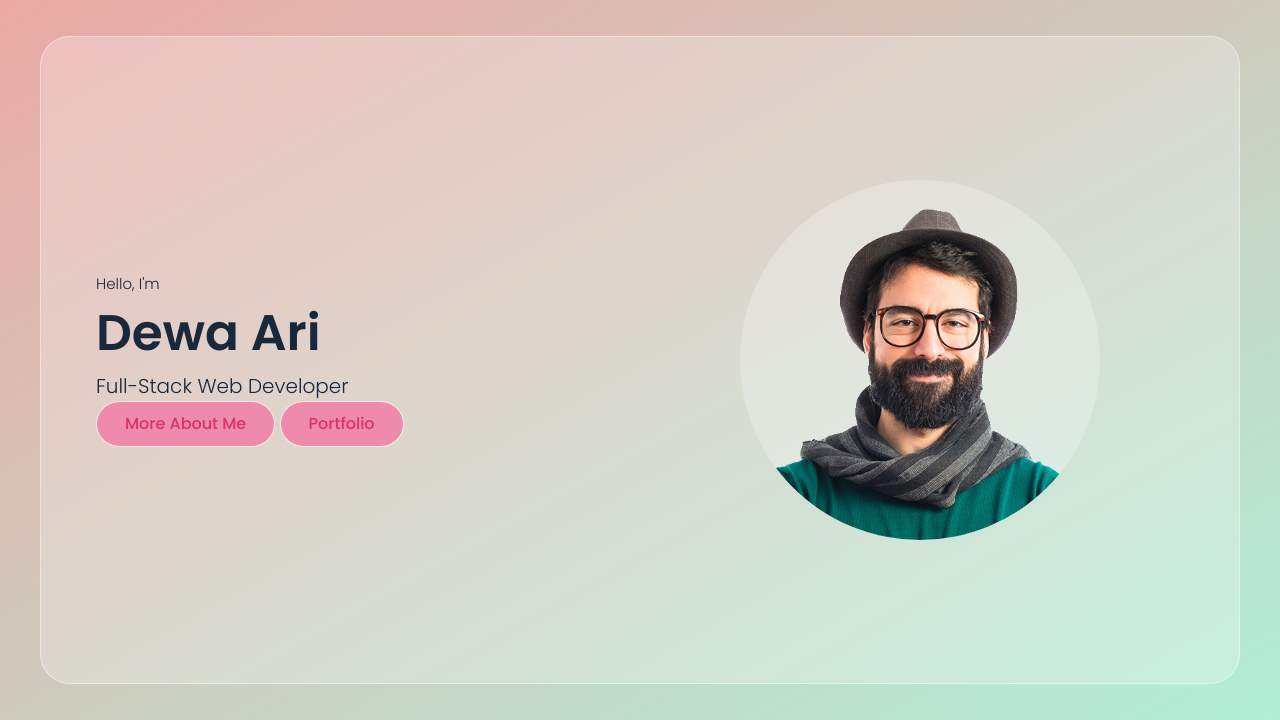
Repository: dewaary/Glassmorp-me
Page: index.html
An editor plug-in stored every save of this project. The page is shown before and after the next save, followed by the edit.
The browser window is 1280 px wide. The pictures show the whole page.

Above is the page before, as saved 2021-05-12 22:33:48.

After the next save:
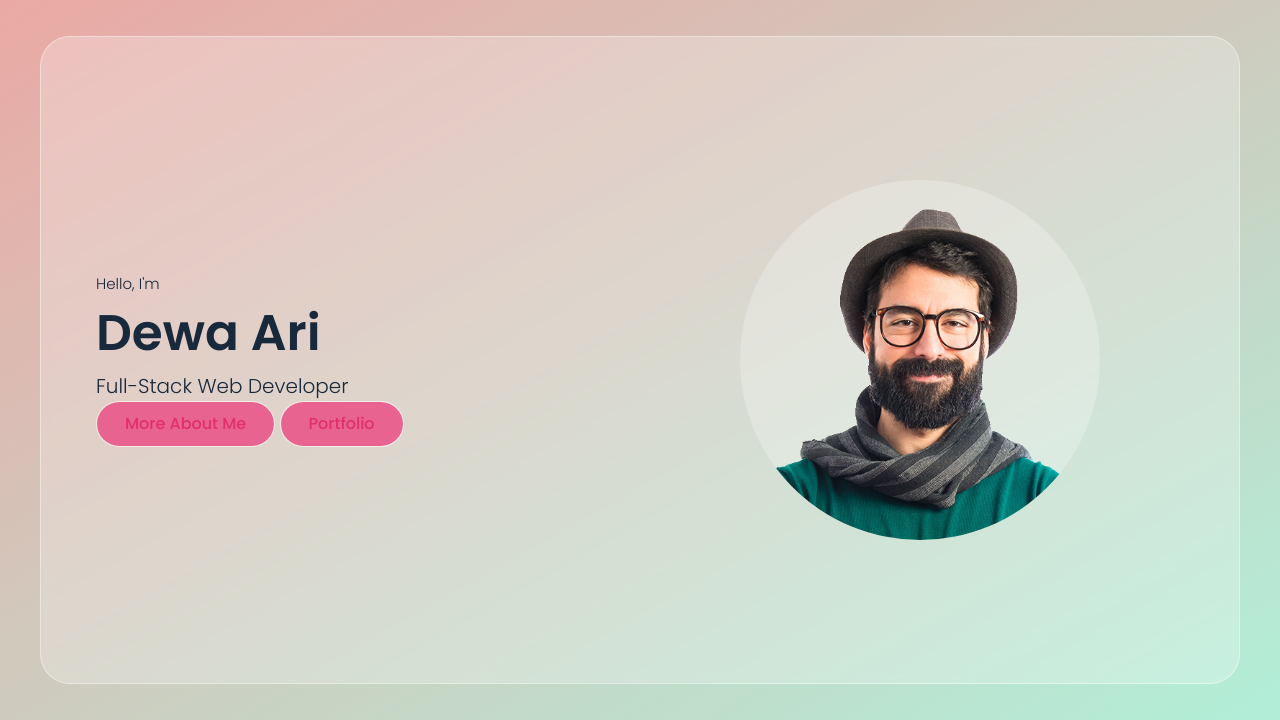
Saved 31 s later.
--- a/style.css
+++ b/style.css
@@ -82,6 +82,7 @@ section {
     border: 1px solid var(--white-alpha-40);
     min-height: 90vh;
     border-radius: 30px;
+    backdrop-filter: var(--backdrop-filter-blur);
 }
 
 .main{
